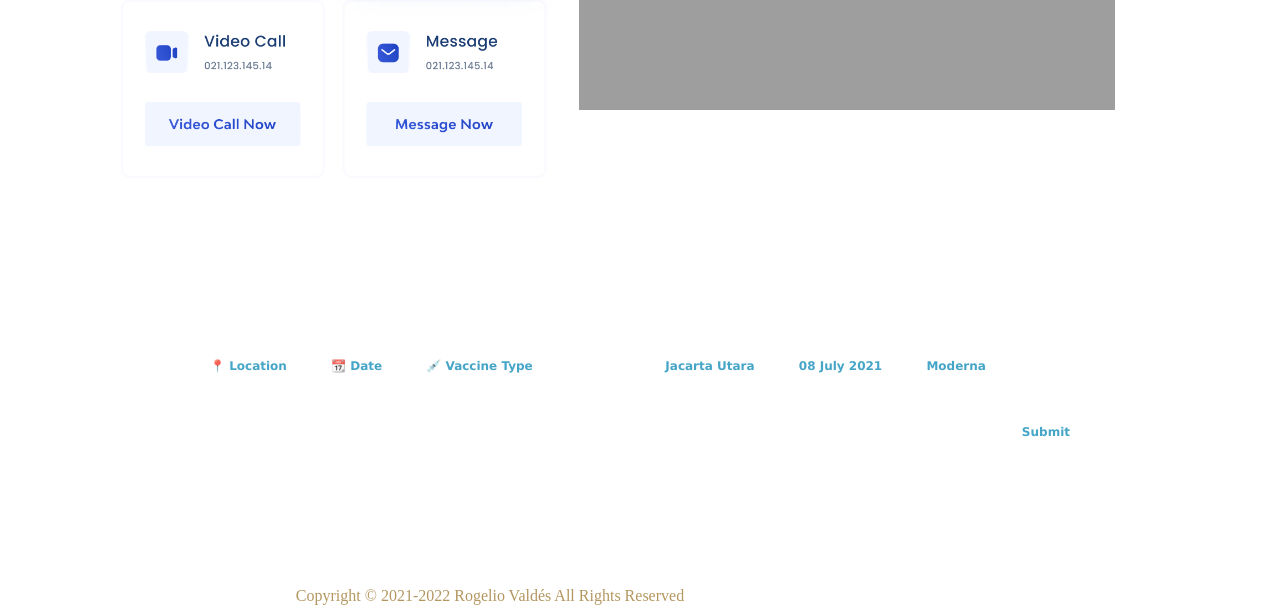
Repository: roge64/cssfrontend
Page: index.html
The author's editor kept a copy of each file at every save. The page is drawn from the files as they stood at one save, then again after the next save.
The browser window is 1280 px wide. The pictures show the part of the page from y = 2972 to 3584 px (the page is 3584 px tall).
Pictures or frames that could not be fetched are drawn as grey boxes.

Above is the page before, as saved 2022-03-12 14:25:25.

After the next save:
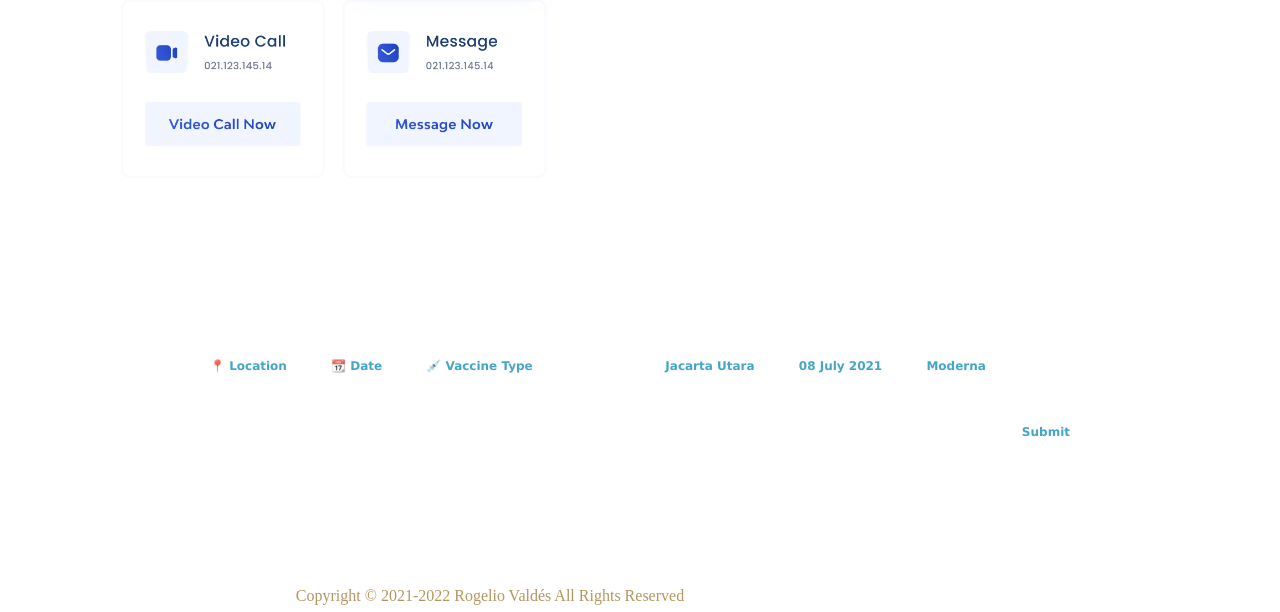
Saved 7 s later.
--- a/estilos/estilos.css
+++ b/estilos/estilos.css
@@ -560,7 +560,7 @@
 }
 .ff {
     grid-column: 47 / 100;
-    grid-row: 22 / 27;
+    grid-row: 22 / 26;
     background-color: white;
     background-image: url("../img/pic3.png");
     background-repeat: no-repeat;
